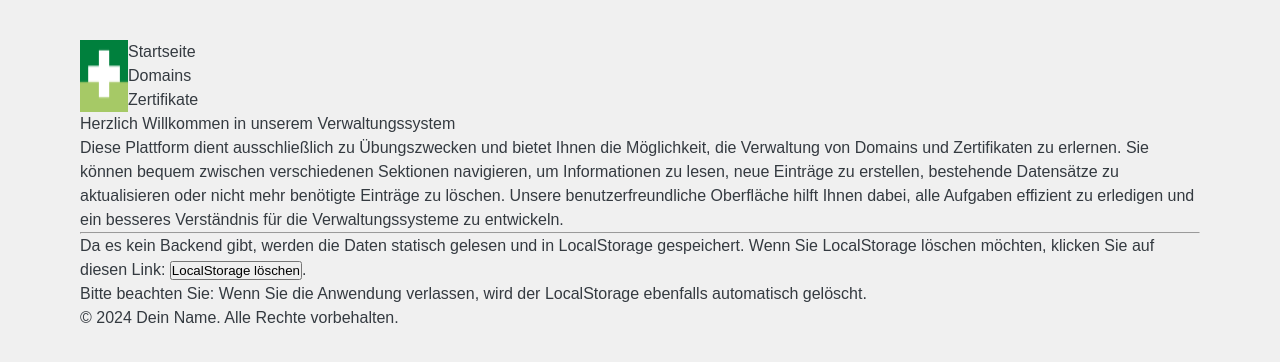
Repository: bajricadmir/verwaltungssystem-vanilla-html-css
Page: index.html
The author's editor kept a copy of each file at every save. The page is drawn from the files as they stood at one save, then again after the next save.
The browser window is 1280 px wide. The pictures show the whole page.

Above is the page before, as saved 2024-10-14 10:50:10.

After the next save:
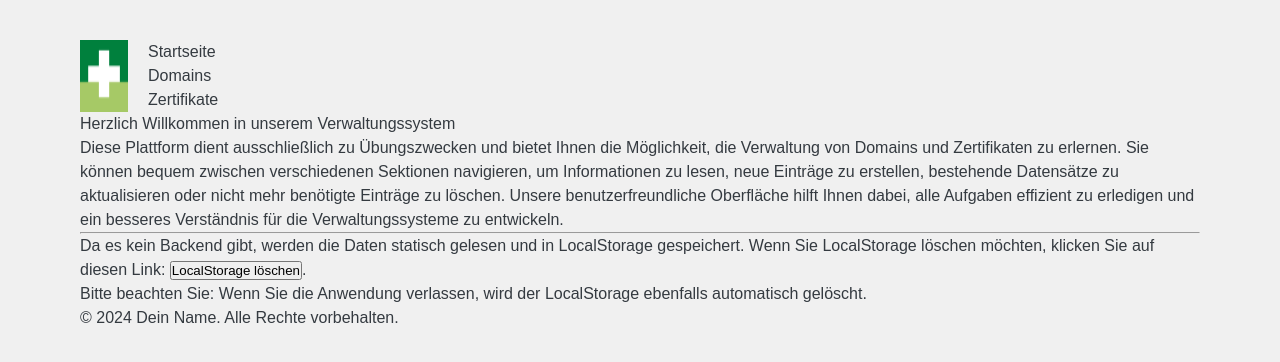
Saved 62 s later.
--- a/style.css
+++ b/style.css
@@ -71,3 +71,7 @@ h6 {
 .nav {
   display: flex;
 }
+
+.nav img {
+  margin-right: 20px;
+}
